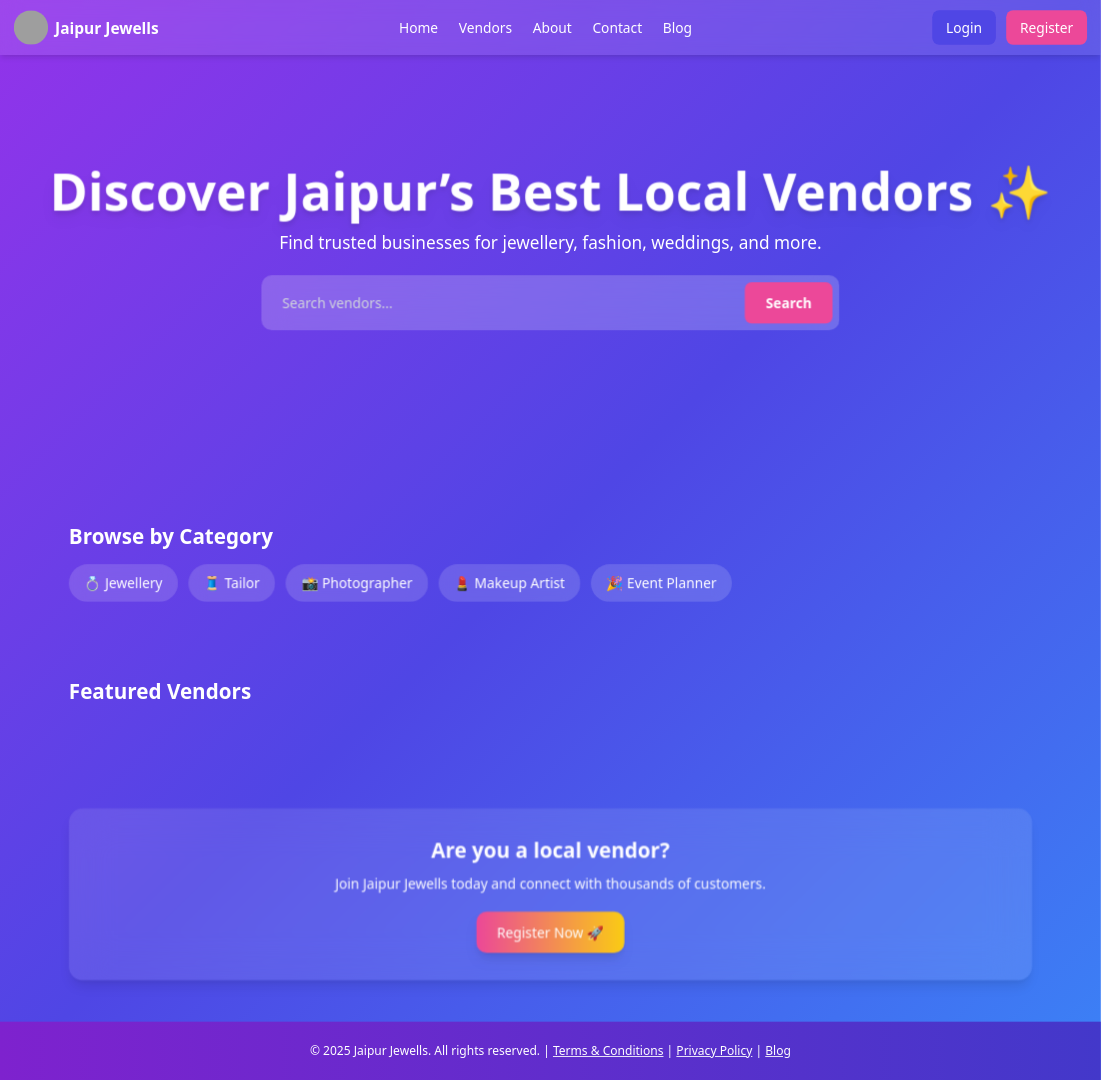
Repository: aayushtailor/VendorConnect
Page: index.html
These files come from the project's save history. The page is drawn as it stood at one moment and after the next save; the edit follows.
The browser window is 1280 px wide. The pictures show the whole page, at 86% of full size.
Pictures or frames that could not be fetched are drawn as grey boxes. Some web libraries are served in a nearby version.

Above is the page before, as saved 2025-09-20 12:43:55.
Console error: SyntaxError: Illegal return statement

### index.html
<!doctype html>
<html lang="en">
<head>
  <meta charset="utf-8" />
  <meta name="viewport" content="width=device-width, initial-scale=1" />
  <title>Jaipur Jewells — Trendy Vendor Directory</title>
  <script src="https://cdn.tailwindcss.com"></script>
  <link href="https://unpkg.com/aos@2.3.1/dist/aos.css" rel="stylesheet">
  <script src="https://unpkg.com/aos@2.3.1/dist/aos.js"></script>
  <link rel="stylesheet" href="styles.css">
  <link href="https://unpkg.com/aos@2.3.1/dist/aos.css" rel="stylesheet">
<script src="https://unpkg.com/aos@2.3.1/dist/aos.js"></script>

</head>
<body class="bg-gradient-to-br from-purple-600 via-indigo-600 to-blue-500 text-white">

 <!-- Navbar -->
<!-- Navbar -->
<nav class="fixed top-0 left-0 w-full z-50 bg-white/10 backdrop-blur-md shadow-md">
  <div class="max-w-7xl mx-auto px-4 py-3 flex justify-between items-center">
    <!-- Logo -->
    <div class="flex items-center gap-2">
      <img src="logo.png" alt="Logo" class="w-10 h-10 rounded-full">
      <span class="font-bold text-lg text-white">Jaipur Jewells</span>
    </div>

    <!-- Desktop Links -->
    <div class="hidden md:flex items-center gap-6 text-white font-medium">
      <a href="index.html" class="hover:text-pink-300">Home</a>
      <a href="vendor.html" class="hover:text-pink-300">Vendors</a>
      <a href="about.html" class="hover:text-pink-300">About</a>
      <a href="contact.html" class="hover:text-pink-300">Contact</a>
      <a href="blog.html" class="hover:text-pink-300">Blog</a>
    </div>

    <!-- CTA -->
    <div class="flex items-center gap-3">
      <a href="login.html" class="hidden md:block px-4 py-2 bg-indigo-600 text-white rounded-lg hover:bg-indigo-700">Login</a>
      <a href="register.html" class="hidden md:block px-4 py-2 bg-pink-500 text-white rounded-lg hover:bg-pink-600">Register</a>
      <!-- Hamburger for Mobile -->
      <button id="menuBtn" class="md:hidden flex flex-col gap-1">
        <span class="w-6 h-0.5 bg-white"></span>
        <span class="w-6 h-0.5 bg-white"></span>
        <span class="w-6 h-0.5 bg-white"></span>
      </button>
    </div>
  </div>
</nav>

<!-- Mobile Menu -->
<div id="mobileMenu" class="fixed inset-0 bg-black/70 backdrop-blur-md z-40 hidden">
  <div class="absolute top-0 right-0 w-64 h-full bg-white/90 text-gray-900 shadow-lg p-6 flex flex-col">
    <button id="closeMenu" class="self-end mb-6 text-2xl font-bold text-gray-700">&times;</button>
    <a href="index.html" class="mb-4 text-lg font-semibold hover:text-pink-500">Home</a>
    <a href="index.html#vendorsGrid" class="mb-4 text-lg font-semibold hover:text-pink-500">Vendors</a>
    <a href="about.html" class="mb-4 text-lg font-semibold hover:text-pink-500">About</a>
    <a href="contact.html" class="mb-4 text-lg font-semibold hover:text-pink-500">Contact</a>
    <a href="blog.html" class="mb-6 text-lg font-semibold hover:text-pink-500">Blog</a>
    <a href="login.html" class="mb-3 px-4 py-2 bg-indigo-600 text-white rounded-lg text-center hover:bg-indigo-700">Login</a>
    <a href="register.html" class="px-4 py-2 bg-pink-500 text-white rounded-lg text-center hover:bg-pink-600">Register</a>
  </div>
</div>


<!-- Mobile Menu -->
<div id="mobileMenu" class="fixed inset-0 bg-black/70 backdrop-blur-md z-40 hidden">
  <div class="absolute top-0 right-0 w-64 h-full bg-white/90 text-gray-900 shadow-lg p-6 flex flex-col">
    <button id="closeMenu" class="self-end mb-6 text-2xl font-bold text-gray-700">&times;</button>
    <a href="index.html" class="mb-4 text-lg font-semibold hover:text-pink-500">Home</a>
    <a href="#vendorsGrid" class="mb-4 text-lg font-semibold hover:text-pink-500">Vendors</a>
    <a href="about.html" class="mb-4 text-lg font-semibold hover:text-pink-500">About</a>
    <a href="contact.html" class="mb-6 text-lg font-semibold hover:text-pink-500">Contact</a>
    <a href="login.html" class="mb-3 px-4 py-2 bg-indigo-600 text-white rounded-lg text-center hover:bg-indigo-700">Login</a>
    <a href="register.html" class="px-4 py-2 bg-pink-500 text-white rounded-lg text-center hover:bg-pink-600">Register</a>
  </div>
</div>


  <!-- Hero Section -->
  <section class="relative h-[80vh] flex flex-col justify-center items-center text-center px-4">
    <h1 data-aos="fade-up" class="text-4xl md:text-6xl font-extrabold mb-4 drop-shadow-lg">
      Discover Jaipur’s Best Local Vendors ✨
    </h1>
    <p data-aos="fade-up" data-aos-delay="200" class="text-lg md:text-xl mb-6">
      Find trusted businesses for jewellery, fashion, weddings, and more.
    </p>
    <div data-aos="fade-up" data-aos-delay="400" class="flex w-full max-w-2xl bg-white/20 backdrop-blur-lg rounded-xl p-2">
      <input id="searchInput" placeholder="Search vendors..." class="flex-1 bg-transparent px-4 py-3 text-white placeholder-gray-300 focus:outline-none" />
      <button id="searchBtn" class="px-6 py-3 bg-pink-500 hover:bg-pink-600 rounded-lg text-white font-semibold">
        Search
      </button>
    </div>
  </section>

  <!-- Categories -->
  <section class="max-w-6xl mx-auto px-4 py-8">
    <h2 class="text-2xl font-bold mb-4">Browse by Category</h2>
    <div class="flex gap-3 overflow-x-auto pb-2">
      <div class="category-chip">💍 Jewellery</div>
      <div class="category-chip">🧵 Tailor</div>
      <div class="category-chip">📸 Photographer</div>
      <div class="category-chip">💄 Makeup Artist</div>
      <div class="category-chip">🎉 Event Planner</div>
    </div>
  </section>

  <!-- Vendors Section -->
<section class="max-w-6xl mx-auto px-4 py-12">
  <h2 data-aos="fade-up" class="text-2xl font-bold mb-6">Featured Vendors</h2>
  <div id="vendorsGrid" class="grid md:grid-cols-3 gap-6"></div>
  <p id="noResults" class="text-center text-gray-200 mt-6 hidden">No vendors found</p>
</section>


  <!-- CTA Banner -->
  <section class="max-w-6xl mx-auto px-4 py-12 text-center">
    <div class="bg-white/10 backdrop-blur-xl rounded-2xl p-8 shadow-lg">
      <h3 class="text-2xl font-bold mb-3">Are you a local vendor?</h3>
      <p class="mb-5">Join Jaipur Jewells today and connect with thousands of customers.</p>
      <a href="register.html" class="px-6 py-3 bg-gradient-to-r from-pink-500 to-yellow-400 text-white rounded-xl shadow-lg hover:scale-105 transition inline-block">
        Register Now 🚀
      </a>
    </div>
  </section>

 <!-- Footer -->
<footer class="bg-gradient-to-r from-purple-700 to-indigo-700 text-center py-6">
  <p class="text-sm">
    &copy; 2025 Jaipur Jewells. All rights reserved. |
    <a href="terms.html" class="underline hover:text-yellow-300">Terms & Conditions</a> |
    <a href="privacy.html" class="underline hover:text-yellow-300">Privacy Policy</a> |
    <a href="blog.html" class="underline hover:text-yellow-300">Blog</a>
  </p>
</footer>



  <!-- JS -->
  <script src="app.js"></script>
  <script>AOS.init({ duration: 800, once: true });</script>
</body>
</html>

### styles.css
.category-chip {
  background: rgba(255,255,255,0.15);
  backdrop-filter: blur(10px);
  padding: 10px 18px;
  border-radius: 9999px;
  font-weight: 500;
  white-space: nowrap;
  transition: 0.2s;
}
.category-chip:hover {
  background: rgba(255,255,255,0.25);
  cursor: pointer;
}

### app.js
// Dummy Vendors (later connect to Flask API)
const dummyVendors = [
  { id: 1, name: "Aayush Tailor", business_name: "Elegant Stitches", category: "Tailor", city: "Jaipur", description: "Custom clothing and modern designs.", phone: "9998887777" },
  { id: 2, name: "Rohan Jewels", business_name: "Rohan Goldsmith", category: "Jewellery", city: "Jaipur", description: "Traditional and modern gold jewellery.", whatsapp: "9995554444" }
];

// Create vendor card
return `
  <div data-aos="fade-up" data-aos-delay="${v.id * 100}"
       class="bg-white/30 backdrop-blur-md rounded-2xl shadow-lg hover:shadow-xl transform hover:scale-[1.02] transition duration-300">
    ...
  </div>
`;

function makeCard(v){
  const name = v.business_name ? v.business_name : (v.name || "Unnamed Vendor");
  const category = v.category || "Uncategorized";
  const city = v.city || "Jaipur";
  const desc = v.description ? v.description.slice(0, 90) : "No description available";

  return `
    <div data-aos="fade-up"
         class="bg-white/30 backdrop-blur-md rounded-2xl overflow-hidden shadow-lg hover:shadow-xl transform hover:scale-[1.02] transition duration-300">
      <img src="placeholder.jpg" class="w-full h-48 object-cover" alt="${name}" />
      <div class="p-5 text-gray-900">
        <h3 class="text-lg font-bold text-gray-800">${name}</h3>
        <p class="text-sm text-gray-600 mb-2">${category} • ${city}</p>
        <p class="text-sm text-gray-700 mb-3">${desc}...</p>
        <div class="flex justify-between items-center">
          <a href="vendor.html?id=${v.id}"
             class="text-sm font-semibold text-indigo-600 hover:text-indigo-800">
             View Profile →
          </a>
          <div class="flex gap-2">
            ${v.phone ? `<a href="tel:${v.phone}" class="text-xs px-3 py-1 bg-indigo-600 text-white rounded-full hover:bg-indigo-700 transition">Call</a>` : ''}
            ${v.whatsapp ? `<a href="https://wa.me/${v.whatsapp}" target="_blank" class="text-xs px-3 py-1 bg-green-600 text-white rounded-full hover:bg-green-700 transition">WhatsApp</a>` : ''}
          </div>
        </div>
      </div>
    </div>
  `;
}

// Render vendors
function render(){
  const grid = document.getElementById('vendorsGrid');
  const search = document.getElementById('searchInput').value.toLowerCase();
  const filtered = dummyVendors.filter(v=>{
    const text = `${v.business_name} ${v.name} ${v.category} ${v.city}`.toLowerCase();
    return (!search || text.includes(search));
  });

  grid.innerHTML = filtered.map(makeCard).join('');
  document.getElementById('noResults').classList.toggle('hidden', filtered.length>0);
  AOS.refresh();
}

// Events
document.addEventListener('DOMContentLoaded', ()=>{
  render();
  document.getElementById('searchBtn').onclick = render;
  document.getElementById('searchInput').onkeyup = (e)=>{ if(e.key==='Enter') render(); };

  document.getElementById('openRegister').onclick = ()=> alert("Registration form coming soon!");
});
// Navbar Mobile Menu
document.addEventListener("DOMContentLoaded", () => {
  const menuBtn = document.getElementById("menuBtn");
  const closeMenu = document.getElementById("closeMenu");
  const mobileMenu = document.getElementById("mobileMenu");

  if(menuBtn && closeMenu && mobileMenu){
    menuBtn.addEventListener("click", () => {
      mobileMenu.classList.remove("hidden");
    });
    closeMenu.addEventListener("click", () => {
      mobileMenu.classList.add("hidden");
    });
  }

  // Mobile Register button
  const mobileRegister = document.getElementById("mobileRegister");
  if(mobileRegister){
    mobileRegister.addEventListener("click", () => {
      alert("Registration form coming soon!");
      mobileMenu.classList.add("hidden");
    });
  }
});

After the next save:
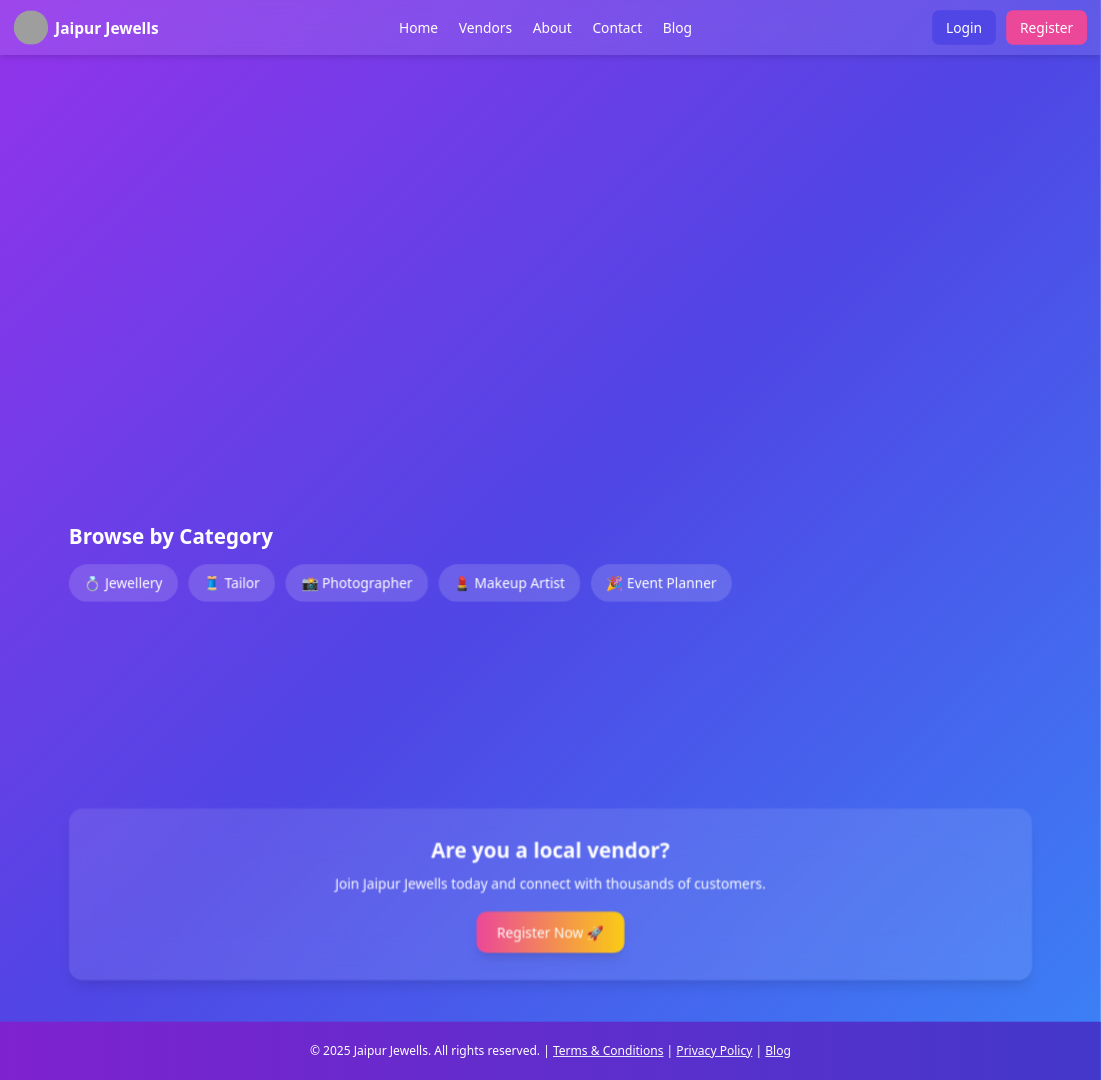
The error is gone.
Saved 33 s later.
--- a/index.html
+++ b/index.html
@@ -135,8 +135,6 @@
 
 
 
-  <!-- JS -->
-  <script src="app.js"></script>
-  <script>AOS.init({ duration: 800, once: true });</script>
+
 </body>
 </html>
